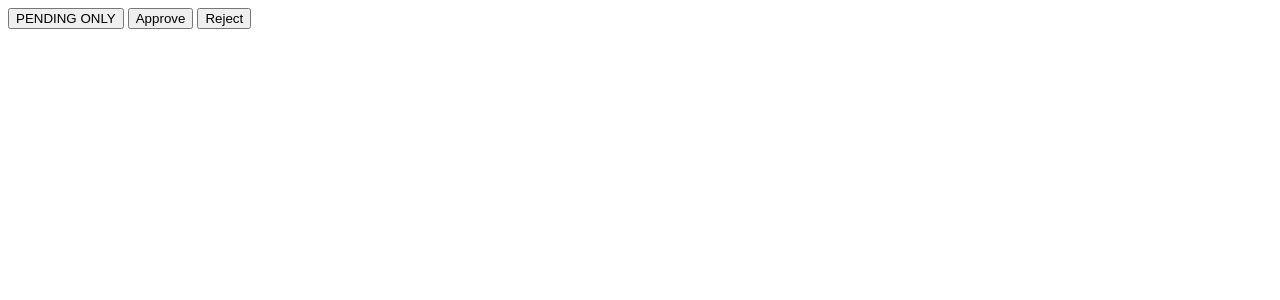
Repository: 2502-feb25-java-org/lev_project1
Page: ERS/src/main/webapp/partials/employee.html
The author's editor kept a copy of each file at every save. The page is drawn from the files as they stood at one save, then again after the next save.
The browser window is 1280 px wide. The pictures show the whole page.

Above is the page before, as saved 2019-03-28 17:10:06.

### ERS/src/main/webapp/partials/employee.html
<div id="table"></div>
<button type="button" id="pending">PENDING ONLY</button>
<button type="button" id="approve">Approve</button>
<button type="button" id="reject">Reject</button>

After the next save:
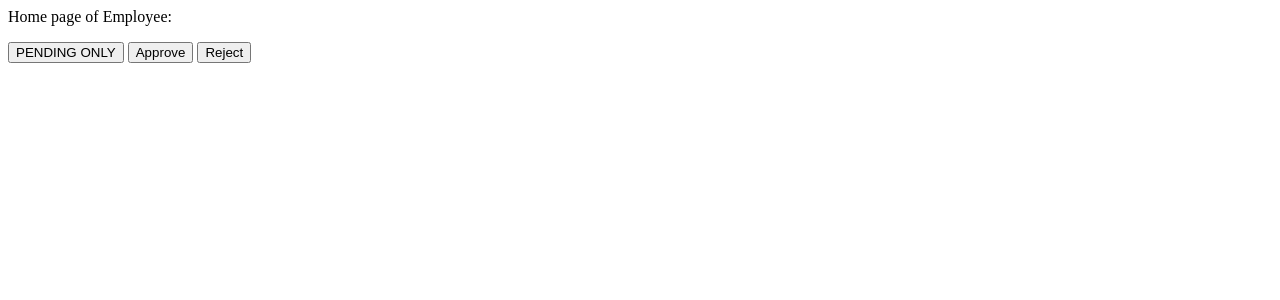
Saved 9 min 59 s later.
--- a/ERS/src/main/webapp/partials/employee.html
+++ b/ERS/src/main/webapp/partials/employee.html
@@ -1,3 +1,4 @@
+<p>Home page of Employee: <span id="name"></span>
 <div id="table"></div>
 <button type="button" id="pending">PENDING ONLY</button>
 <button type="button" id="approve">Approve</button>
